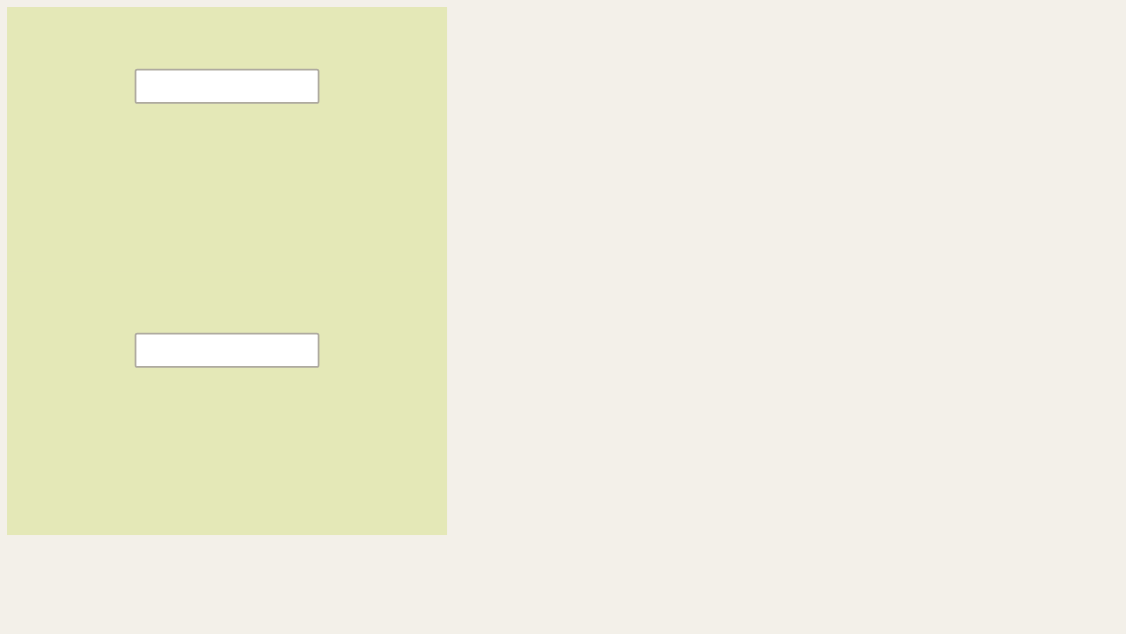
Repository: NadiaSchmitz/dual_dezimal.githab.io
Page: index.html
The author's editor kept a record of every edit. The page is drawn from the files as they stood at one moment, then again after the next edit.
The browser window is 1280 px wide. The pictures show the whole page, at 88% of full size.

Above is the page before.

### index.html
<!DOCTYPE html>
<html>

<head>
  <meta name="viewport" content="width=device-width, initial-scale=1">
  <meta charset="utf-8" />
  <title>Dual Dezimal</title>
  <link rel="stylesheet" href="style.css" type="text/css" />
  <link rel="icon" href="favicon.png" type="image/x-icon">
  <link rel="preconnect" href="https://fonts.googleapis.com">
  <link rel="preconnect" href="https://fonts.gstatic.com" crossorigin>
  <link href="https://fonts.googleapis.com/css2?family=Oswald&display=swap" rel="stylesheet">
  <script src="https://ajax.googleapis.com/ajax/libs/jquery/3.5.1/jquery.min.js"></script>
</head>

<body>
  <section class="wrapper">
    <div class="inner_wrapper">
      <div>
        <input type="number" name="dezimal" id="dezimal"/>
        <p id="dual"></p>
      </div>
    </div>
  </section>

  <section class="wrapper">
    <div class="inner_wrapper">
      <div>
        <input type="number" name="dezimal" id="dezimal"/>
        <p id="dual"></p>
      </div>
    </div>
  </section>

  <script type="text/javascript" src="dualdezimal.js"></script>
  <script type="text/javascript" src="dezimaldual.js"></script>
</body>

</html>

### style.css
body {
  font-family: "Oswald", sans-serif;
  font-size: 20px;
  background-color: #f3f0e9;
  text-align: center;
}

.wrapper {

}

.inner_wrapper {
  width: 500px;
  height: 300px;
  box-sizing: border-box;
  background-color: #e4e8b7;
  padding: 70px;
}

input {
  width: 200px;
  height: 30px;
  font-family: "Oswald", sans-serif;
  font-size: 20px;
  text-align: center;
  border: 2px solid #afaba0;
  border-radius: 3px;
  outline: none;
  margin: 0 auto 30px;
  padding: 3px;
}

input::-webkit-outer-spin-button,
input::-webkit-inner-spin-button {
  -webkit-appearance: none;
  -moz-appearance: textfield;
  background: #0a377e;
  margin: 0;
}

### dualdezimal.js
$(document).on('input', '#dual_1', function() {
  let zahl1 = $("#dual_1").val().split("");
  let dezimal1 = 0;
  for (var i = 0; i < zahl1.length; i++) {
    dezimal1 = dezimal1 + zahl1[i] * Math.pow(2, zahl1.length - i - 1);
  }
  $("#dezimal_1").text(dezimal1);
})

### dezimaldual.js
$(document).on('input', '#dezimal', function() {
  let zahl = $("#dezimal").val();
  let dual = [];
  let rezT = zahl;
  for (var i = zahl; i > 0; i = Math.floor(i / 2)) {
    rezT = Math.floor(rezT) / 2;
    if (rezT == Math.floor(rezT)) {
      dual.push(0);
    }
    else {
      dual.push(1);
    }
  }
  dual = dual.reverse();
  $("#dual").text(dual.join(""));

})

After the next edit:
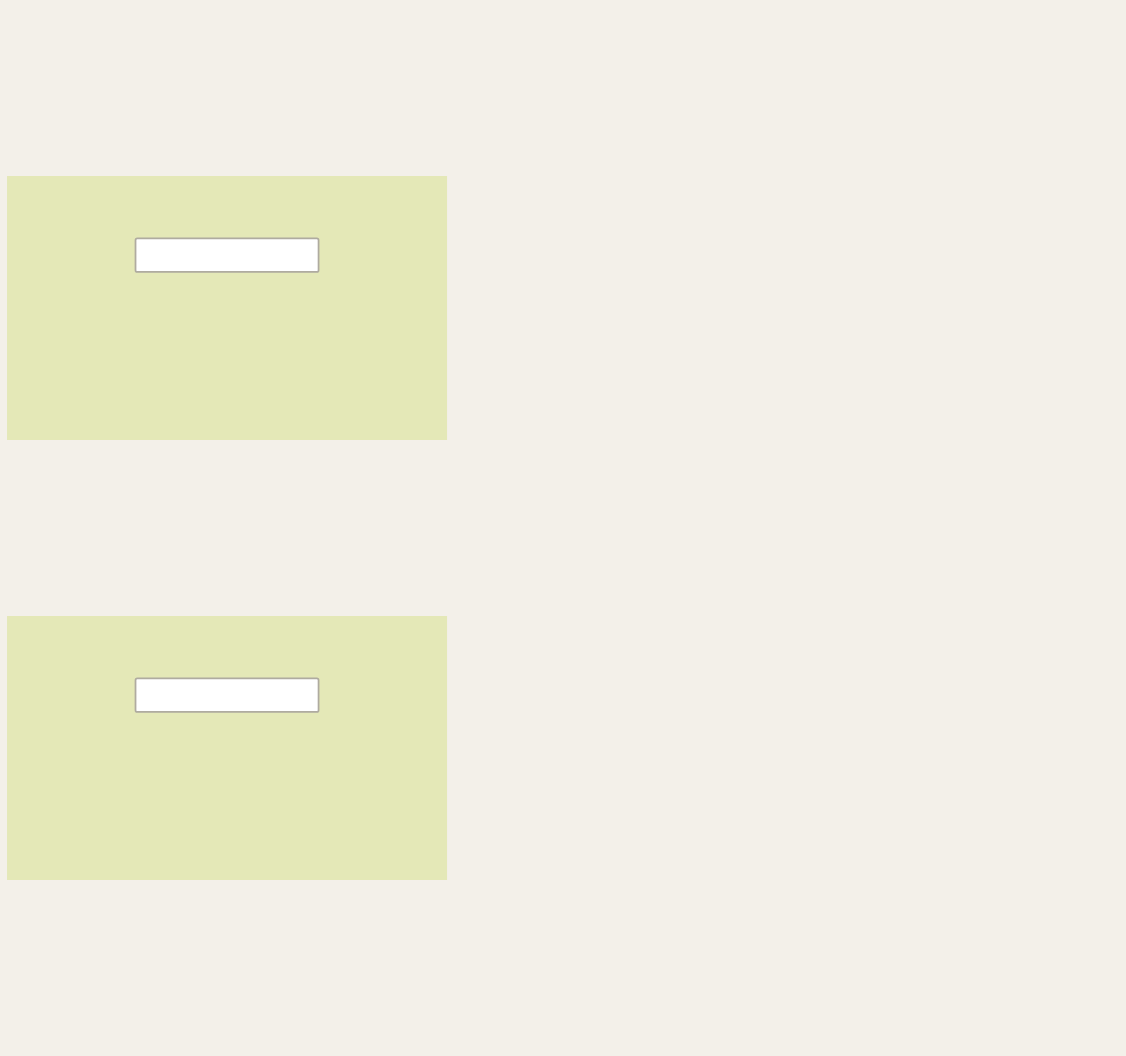
The edit:
--- a/style.css
+++ b/style.css
@@ -6,7 +6,7 @@
 }
 
 .wrapper {
-
+  margin: 200px auto;
 }
 
 .inner_wrapper {
